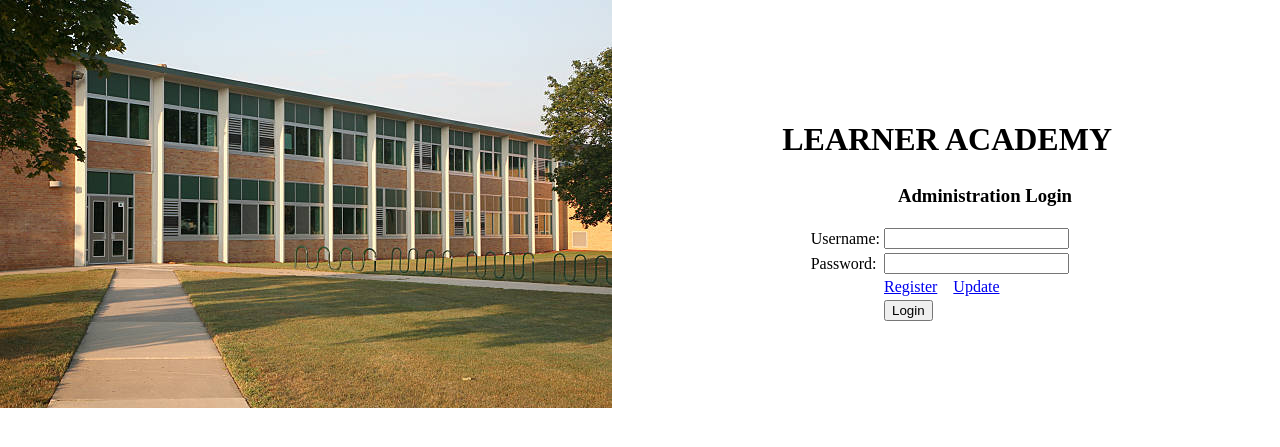
Repository: priyankagit8692/Phase_2_SimpliLearn-
Page: http://localhost/LearnerAcademyProject/AdminLogin.jsp
These files come from the project's save history. The page is drawn as it stood at one moment and after the next save; the edit follows.
The browser window is 1280 px wide. The pictures show the whole page.
The page is served by Tomcat 9. Other server files are loaded and not shown.

Above is the page before, as saved 2021-03-20 15:04:45.

### FinalProjectPhase2/LearnerAcademyProject/WebContent/AdminLogin.jsp
<%@ page language="java" contentType="text/html; charset=ISO-8859-1"
    pageEncoding="ISO-8859-1"%>
<!DOCTYPE html>
<html>
<head>
<meta charset="ISO-8859-1">
<title>Insert title here</title>
</head>
<style>
body {
  background-image: url("images/academy.jpg");
  background-repeat: no-repeat;
  max-width: 200%;
  height: auto;
}
div {
  transform: translate(-200px,50px);
}
h1{
  transform: translate(40px,50px);
}
</style>
<body>
  <div align='right'>
  <h1>LEARNER  ACADEMY</h1> <br><br>
  <h3>Administration Login</h3>
  <form action="adminLogin" method="post" cellpadding="5" cellspacing="5">
    <table>
        <tr>
            <td>Username:</td>
            <td><input type="text" name="uname"></td>
        </tr>
        <tr>
            <td>Password:</td>
            <td><input type="password" name="password"></td>
        </tr>
        <tr>
            <td></td>
            <td><a href="AdminRegistration.jsp">Register</a>&nbsp&nbsp&nbsp&nbsp<a href="AdminUpdate.jsp">Update</a></td>
        </tr>
        <tr>
            <td></td>
            <td>
                <button type="submit">Login</button>
            </td>
        </tr>
    </table>
    <br>
    <c:if test="${not empty msg}">
        <c:out value="${msg}"/>
    </c:if>


</form>
  </div>
</body>
</html>

After the next save:
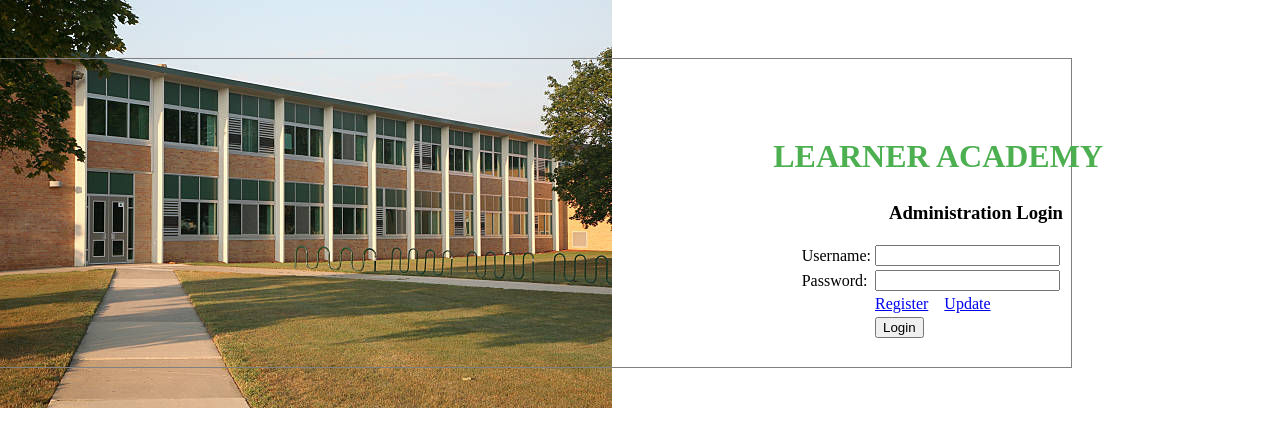
Saved 83 s later.
--- a/FinalProjectPhase2/LearnerAcademyProject/WebContent/AdminLogin.jsp
+++ b/FinalProjectPhase2/LearnerAcademyProject/WebContent/AdminLogin.jsp
@@ -14,10 +14,13 @@ body {
   height: auto;
 }
 div {
+  border: 1px solid gray;
+  padding: 8px;
   transform: translate(-200px,50px);
 }
 h1{
   transform: translate(40px,50px);
+  color: #4CAF50;
 }
 </style>
 <body>
